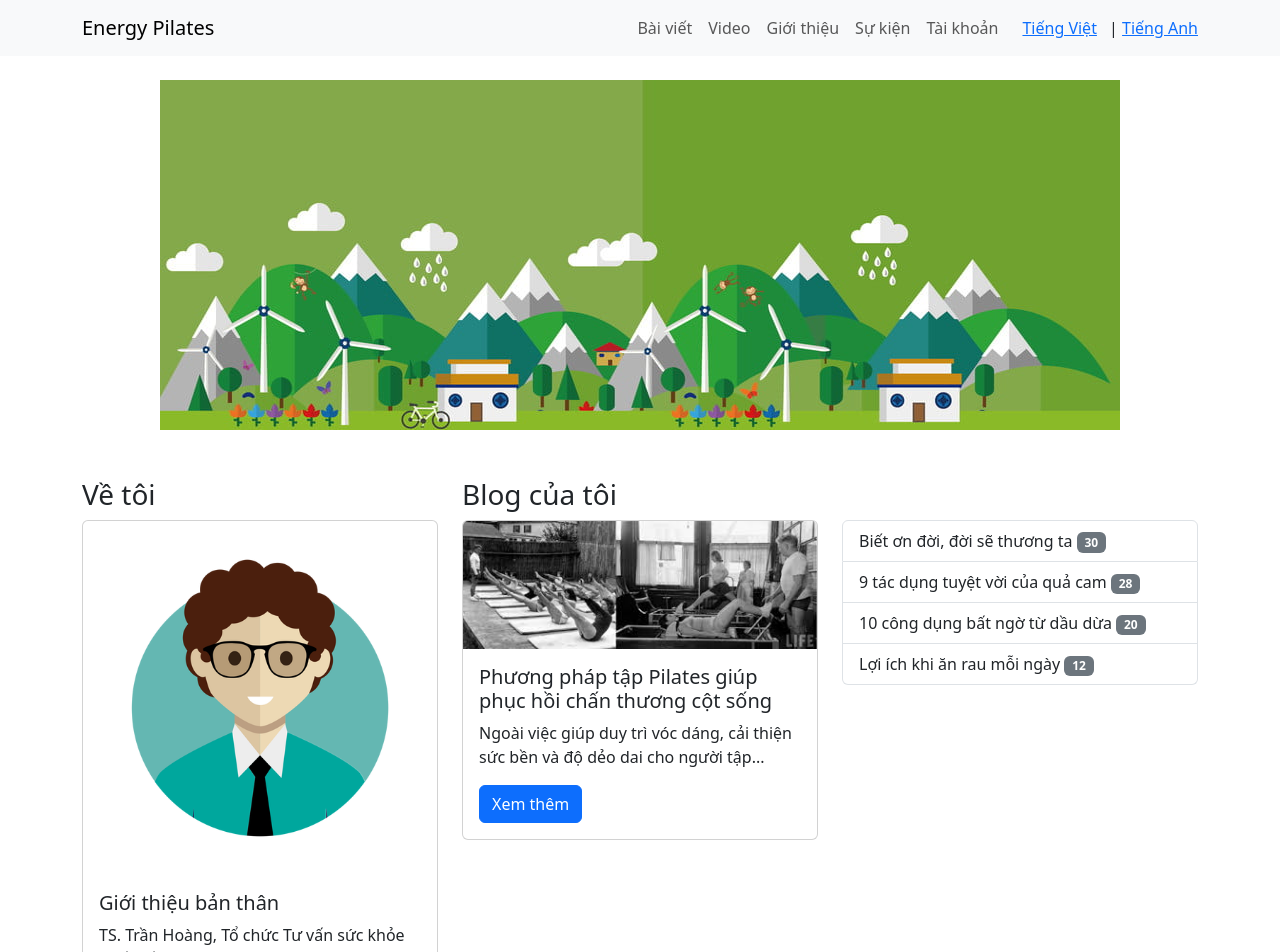
Repository: KizukoHeiwa/SOF308
Page: Lab3/index.html
These files come from the project's save history. The page is drawn as it stood at one moment and after the next save; the edit follows.
The browser window is 1280 px wide. The pictures show the part of the page from y = 0 to 952 px (the page is 1639 px tall).
A picture or video elsewhere on the page could not be fetched, so the positions and the page height are approximate.

Above is the page before, as saved 2024-11-07 11:08:34.

### Lab3/index.html
<!DOCTYPE html>
<html lang="en">
<head>
    <meta charset="UTF-8">
    <meta name="viewport" content="width=device-width, initial-scale=1.0">
    <title>FPT Polytechnic</title>
</head>
<link href="https://cdn.jsdelivr.net/npm/bootstrap@5.3.3/dist/css/bootstrap.min.css" rel="stylesheet">
<link rel="stylesheet" href="https://cdnjs.cloudflare.com/ajax/libs/font-awesome/6.0.0-beta3/css/all.min.css">
<script src="https://cdn.jsdelivr.net/npm/bootstrap@5.3.3/dist/js/bootstrap.bundle.min.js"></script>
<body>

    <!-- Navbar -->
    <nav class="navbar navbar-expand-lg navbar-light bg-light">
      <div class="container">
        <a class="navbar-brand" href="#">Energy Pilates</a>
        <button class="navbar-toggler" type="button" data-bs-toggle="collapse" data-bs-target="#navbarNav" aria-controls="navbarNav" aria-expanded="false" aria-label="Toggle navigation">
          <span class="navbar-toggler-icon"></span>
        </button>
        <div class="collapse navbar-collapse" id="navbarNav">
          <ul class="navbar-nav ms-auto">
            <li class="nav-item"><a class="nav-link" href="#">Bài viết</a></li>
            <li class="nav-item"><a class="nav-link" href="#">Video</a></li>
            <li class="nav-item"><a class="nav-link" href="#">Giới thiệu</a></li>
            <li class="nav-item"><a class="nav-link" href="#">Sự kiện</a></li>
            <li class="nav-item"><a class="nav-link" href="#">Tài khoản</a></li>
          </ul>
          <div class="ms-3">
            <a href="#" class="me-2">Tiếng Việt</a> | <a href="#">Tiếng Anh</a>
          </div>
        </div>
      </div>
    </nav>

    <!-- Banner -->
    <div class="container mt-4">
      <div class="row">
        <div class="col text-center">
          <img src="images/banner1.jpg" alt="Banner" class="img-fluid" style="max-height: 400px;">
        </div>
      </div>
    </div>

    <!-- About and Blog Section -->
    <div class="container my-5">
      <div class="row">
        <div class="col-md-4">
          <h3>Về tôi</h3>
          <div class="card">
            <img src="images/avatar.png" class="card-img-top" alt="Giới thiệu bản thân">
            <div class="card-body">
              <h5 class="card-title">Giới thiệu bản thân</h5>
              <p class="card-text">TS. Trần Hoàng, Tổ chức Tư vấn sức khỏe quốc tế. Châm ngôn: Ta không được chọn nơi mình sinh ra, nhưng ta được chọn cách mình sẽ sống.</p>
            </div>
          </div>
        </div>

        <div class="col-md-8">
          <h3>Blog của tôi</h3>
          <div class="row">
            <div class="col-md-6">
              <div class="card mb-3">
                <img src="images/tap-pilates2.jpg" class="card-img-top" alt="Blog">
                <div class="card-body">
                  <h5 class="card-title">Phương pháp tập Pilates giúp phục hồi chấn thương cột sống</h5>
                  <p class="card-text">Ngoài việc giúp duy trì vóc dáng, cải thiện sức bền và độ dẻo dai cho người tập...</p>
                  <a href="#" class="btn btn-primary">Xem thêm</a>
                </div>
              </div>
            </div>
            <div class="col-md-6">
              <ul class="list-group">
                <li class="list-group-item">Biết ơn đời, đời sẽ thương ta <span class="badge bg-secondary">30</span></li>
                <li class="list-group-item">9 tác dụng tuyệt vời của quả cam <span class="badge bg-secondary">28</span></li>
                <li class="list-group-item">10 công dụng bất ngờ từ dầu dừa <span class="badge bg-secondary">20</span></li>
                <li class="list-group-item">Lợi ích khi ăn rau mỗi ngày <span class="badge bg-secondary">12</span></li>
              </ul>
            </div>
          </div>
        </div>
      </div>
    </div>

    <!-- Video Section -->
    <div class="container my-5">
      <h3>Video - Đừng bỏ lỡ</h3>
      <div class="row">
        <div class="col-md-3">
          <div class="card">
            <img src="video-thumbnail1.jpg" class="card-img-top" alt="Video 1">
            <div class="card-body">
              <h5 class="card-title">Đi xa hơn để trưởng thành hơn</h5>
              <p class="card-text">Tuổi trẻ chỉ nghĩ đến những chuyến đi...</p>
            </div>
          </div>
        </div>
        <div class="col-md-3">
          <div class="card">
            <img src="video-thumbnail2.jpg" class="card-img-top" alt="Video 2">
            <div class="card-body">
              <h5 class="card-title">Chút tâm tư những ngày cuối năm</h5>
              <p class="card-text">Guồng quay cuộc sống...</p>
            </div>
          </div>
        </div>
        <div class="col-md-3">
          <div class="card">
            <img src="video-thumbnail3.jpg" class="card-img-top" alt="Video 3">
            <div class="card-body">
              <h5 class="card-title">Ước gì được trở về tuổi thơ</h5>
              <p class="card-text">Tuổi trẻ chỉ nghĩ đến những chuyến đi...</p>
            </div>
          </div>
        </div>
        <div class="col-md-3">
          <div class="card">
            <img src="video-thumbnail4.jpg" class="card-img-top" alt="Video 4">
            <div class="card-body">
              <h5 class="card-title">Ba người thầy vĩ đại</h5>
              <p class="card-text">Ta xem vạn vật là thầy...</p>
            </div>
          </div>
        </div>
      </div>
      <div class="text-center mt-4">
        <a href="#" class="btn btn-primary">Xem thêm</a>
      </div>
    </div>

    <!-- Footer -->
    <footer class="bg-dark text-white text-center py-3">
      <div class="container">
        <p>&copy;Copyright by FPT Polytechnic</p>
      </div>
    </footer>

    <script src="https://cdn.jsdelivr.net/npm/bootstrap@5.0.2/dist/js/bootstrap.bundle.min.js"></script>
    </body>
</html>

After the next save:
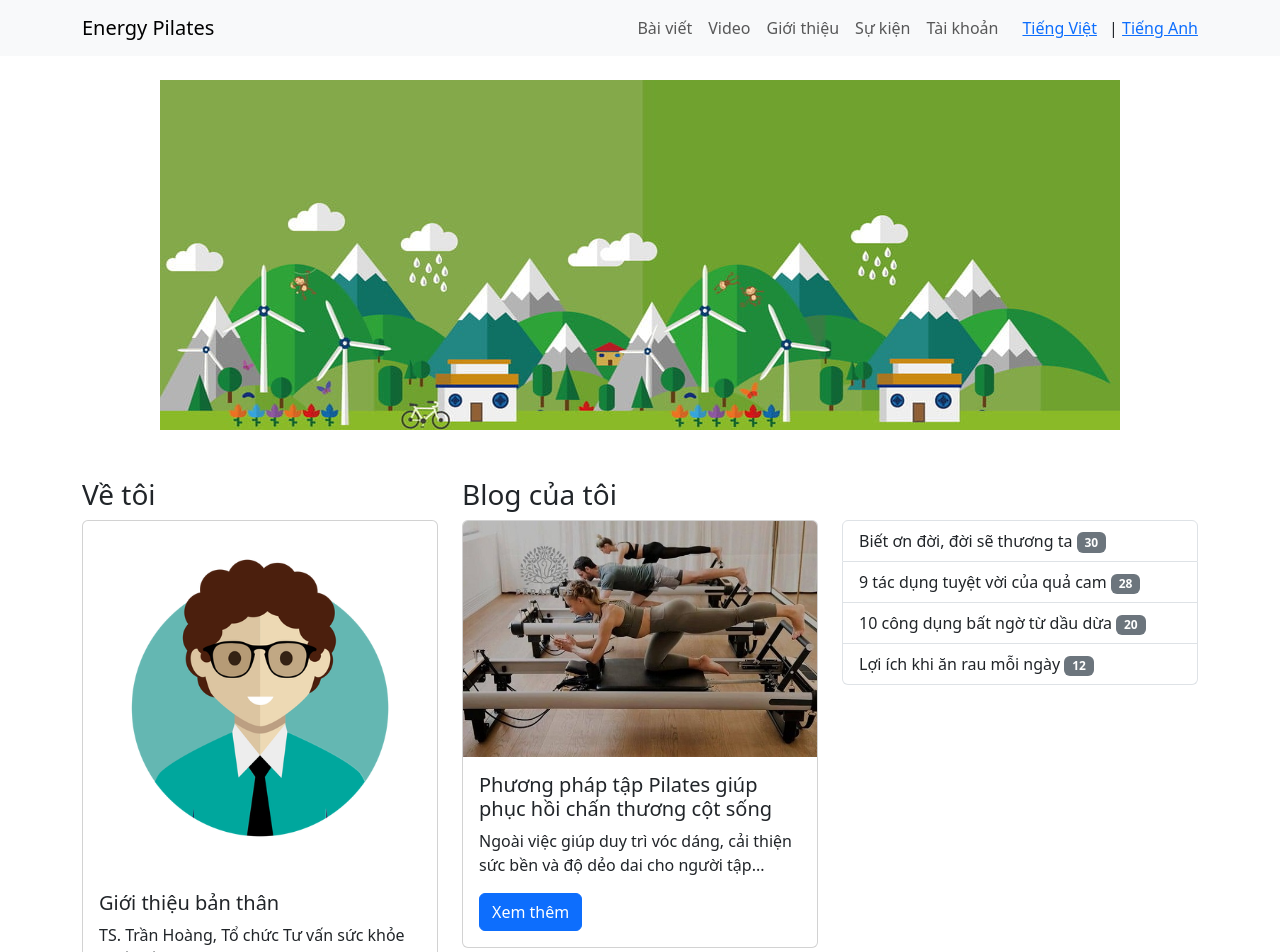
Saved 12 s later.
--- a/Lab3/index.html
+++ b/Lab3/index.html
@@ -60,7 +60,7 @@
           <div class="row">
             <div class="col-md-6">
               <div class="card mb-3">
-                <img src="images/tap-pilates2.jpg" class="card-img-top" alt="Blog">
+                <img src="images/tap-piltes.jpg" class="card-img-top" alt="Blog">
                 <div class="card-body">
                   <h5 class="card-title">Phương pháp tập Pilates giúp phục hồi chấn thương cột sống</h5>
                   <p class="card-text">Ngoài việc giúp duy trì vóc dáng, cải thiện sức bền và độ dẻo dai cho người tập...</p>
